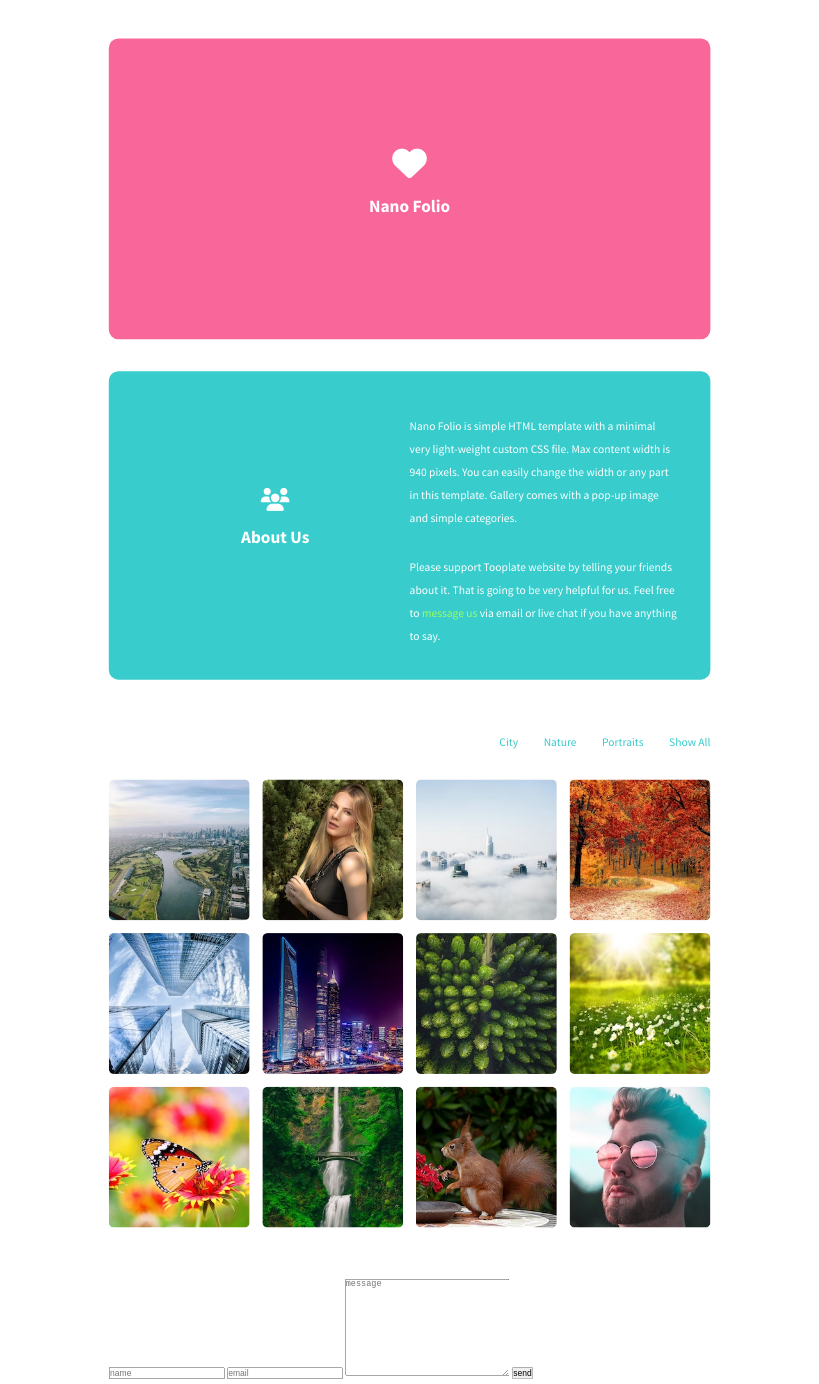
Repository: BuiVanVu102/Tooplate
Page: index.html
These files come from the project's save history. The page is drawn as it stood at one moment and after the next save; the edit follows.
The browser window is 1280 px wide. The pictures show the whole page, at 64% of full size.
Some web libraries are served in a nearby version. The style sheet was rebuilt from its Sass, Less or Tailwind sources for each picture, by a compiler version that may differ from the author's.

Above is the page before, as saved 2021-11-16 11:34:59.

### index.html
<!DOCTYPE html>
<html lang="en">
<head>
	<meta charset="UTF-8">
	<meta http-equiv="X-UA-Compatible" content="IE=edge">
	<meta name="viewport" content="width=device-width, initial-scale=1.0">
	<link rel="preconnect" href="https://fonts.googleapis.com">
	<link rel="preconnect" href="https://fonts.gstatic.com" crossorigin>
	<link href="https://fonts.googleapis.com/css2?family=Source+Sans+Pro:wght@400;700&display=swap" rel="stylesheet">
	<link rel="stylesheet" href="./css/app.css">
	<title>Nano Folio - Live View</title>
</head>
<body>
		<div class="wrapper">
			<main>
				<section class="first">
					<div class="container">
						<div class="first__container">
							<i class="fas fa-heart fa-3x"></i>
							<h1 class="first__name">Nano Folio</h1>
						</div>
					</div>
				</section>
				<section class="about">
					<div class="container">
						<div class="about__container">
							<div class="about__heading">
								<i class="fas fa-users fa-2x"></i>
								<h2 class="about__name">
									About Us
								</h2>
							</div>
							<div class="about__desc">
								<p class="about__typography1">
									Nano Folio is simple HTML template with a minimal very light-weight custom CSS file. Max content width is 940 pixels. You can easily change the width or any part in this template. Gallery comes with a pop-up image and simple categories.
								</p>
								<p class="about__typography2">
									Please support Tooplate website by telling your friends about it. That is going to be very helpful for us. Feel free to <a rel="nofollow" href="https://www.tooplate.com/contact" target="_blank" style="color: #99FF66;">message us</a>  via email or live chat if you have anything to say.
								</p>
							</div>
						</div>
					</div>
				</section>
				<section class="show">
					<div class="container">
						<div class="show__container">
							<div class="show__header">
								<ul class="menu">
									<li class="menu__item"><a href="#!">City</a></li>
									<li class="menu__item"><a href="#!">Nature</a></li>
									<li class="menu__item"><a href="#!">Portraits</a></li>
									<li class="menu__item"><a href="#!">Show All</a></li>
								</ul>
							</div>
							<div class="show__list">
								<div class="show__img">
									<img src="./images/city-1.jpg" alt="">
								</div>
								<div class="show__img">
									<img src="./images/human-1.jpg" alt="">
								</div>
								<div class="show__img">
									<img src="./images/city-2.jpg" alt="">
								</div>
								<div class="show__img">
									<img src="./images/nature-1.jpg" alt="">
								</div>
								<div class="show__img">
									<img src="./images/city-3.jpg" alt="">
								</div>
								<div class="show__img">
									<img src="./images/city-4.jpg" alt="">
								</div>
								<div class="show__img">
									<img src="./images/nature-2.jpg" alt="">
								</div>
								<div class="show__img">
									<img src="./images/nature-3.jpg" alt="">
								</div>
								<div class="show__img">
									<img src="./images/nature-4.jpg" alt="">
								</div>
								<div class="show__img">
									<img src="./images/nature-5.jpg" alt="">
								</div>
								<div class="show__img">
									<img src="./images/nature-6.jpg" alt="">
								</div>
								<div class="show__img">
									<img src="./images/human-2.jpg" alt="">
								</div>

							</div>
						</div>
					</div>
				</section>
				<section class="form">
					<div class="container">
						<div class="form__container">
							<div class="form__submit">
								<input type="text" name="" id="" placeholder="name">
								<input type="email" name="" id="" placeholder="email">
								<textarea name="" id="" cols="30" rows="10" placeholder="message"></textarea>
								<button type="submit">send</button>
							</div>
						</div>
					</div>
				</section>
			</main>
		</div>
		<script src="https://kit.fontawesome.com/33b4a28a88.js" crossorigin="anonymous"></script>
</body>
</html>

### sass/app.scss
@import 'variable';
@import 'reset';
@import 'global';
@import 'first';
@import 'about';
@import 'show';

### sass/_variable.scss
$font: 'Source Sans Pro', sans-serif;
$text-color: #ffff;
$title-color: #38cccc;

### sass/_reset.scss
html {
	box-sizing: border-box;
  }
  * {
	margin: 0;
	padding: 0;
  }
  *,
  *:before,
  *:after {
	box-sizing: border-box;
  }
  input,
  textarea,
  select,
  button {
	outline: none;
  }
  input {
	line-height: normal;
  }
  label,
  button {
	cursor: pointer;
  }
  a {
	text-decoration: none;
  }
  img {
	display: block;
	max-width: 100%;
  }

### sass/_global.scss
body {
	line-height: 2em;
	color: $font;
	font-size: 18px;
	font-family: $font;
	font-weight: 400;
	background-color: white;
	overflow-x: hidden;
}

.wrapper {
	max-width: 100%;
	margin: 0 auto;
}
.container {
	width: 100%;
	max-width: 970px;
	margin: 0 auto;
	padding: 0px 15px;
}

### sass/_first.scss
.first {
	margin-top: 60px;
	&__container{
		display: flex;
		flex-direction: column;
		justify-content: center;
		align-items: center;
		border-radius: 15px;
		max-width: 940px;
		height: 470px;
		background-color: #f96699;
		color: white;
		margin-bottom: 50px;

	}
	&__name {
		margin: 22px 0;
	}
}
.fa-hear:before {
	content: "\f004";
}

### sass/_about.scss
.about {
	margin-top: 0px;
	&__container {
		display: flex;
		justify-content: center;
		align-items: center;

		padding: 50px 50px;
		margin-bottom: 80px;

		height: 482px;
		max-width: 940px;
		background-color: #38cccc;
		color: white;

		border-radius: 15px;
	}
	&__heading {
		display: flex;
		flex-direction: column;
		align-items: center;
		justify-content: center;

		min-width: 420px;
	}
	&__name {
		margin:  22px 0;
		font-size: 1.5em;
		font-weight: bold;
	}
	&__decs {
		display: flex;
		flex-direction: column;
		justify-content: center;
		align-items: center;
	}
	&__typography1 {
		display: block;
		margin: 18px 0 40px;
		font: 18px;
	}
	&__typography2 {
		display: block;
		margin: 18px 0 0;
		font: 18px;
	}
}
.fa-user:before {
	content: "\f0c0";
}

### sass/_show.scss
.show {
	margin-bottom: 80px;
	&__container {
		display: block;
	}
	&__header {
		display: flex;
		justify-content: flex-end;
		align-items: center;
		margin-bottom: 40px;
		color: #38CCCC;
	}
	&__list {
		display: grid;
		grid-template-columns: repeat(4, 1fr);
		gap: 20px;

		position: relative;
	}
	&__img img{
		width: 220px;
		height: 220px;
		border-radius: 0.5rem;
	}

}

.menu {
	list-style: none;
	display: flex;
	align-items: center;
	gap: 0 40px;


	&__item a {
		color: inherit;
		font-size: 18px;
	}
	&__item a:focus{
		color: #f96699;
	}
}

After the next save:
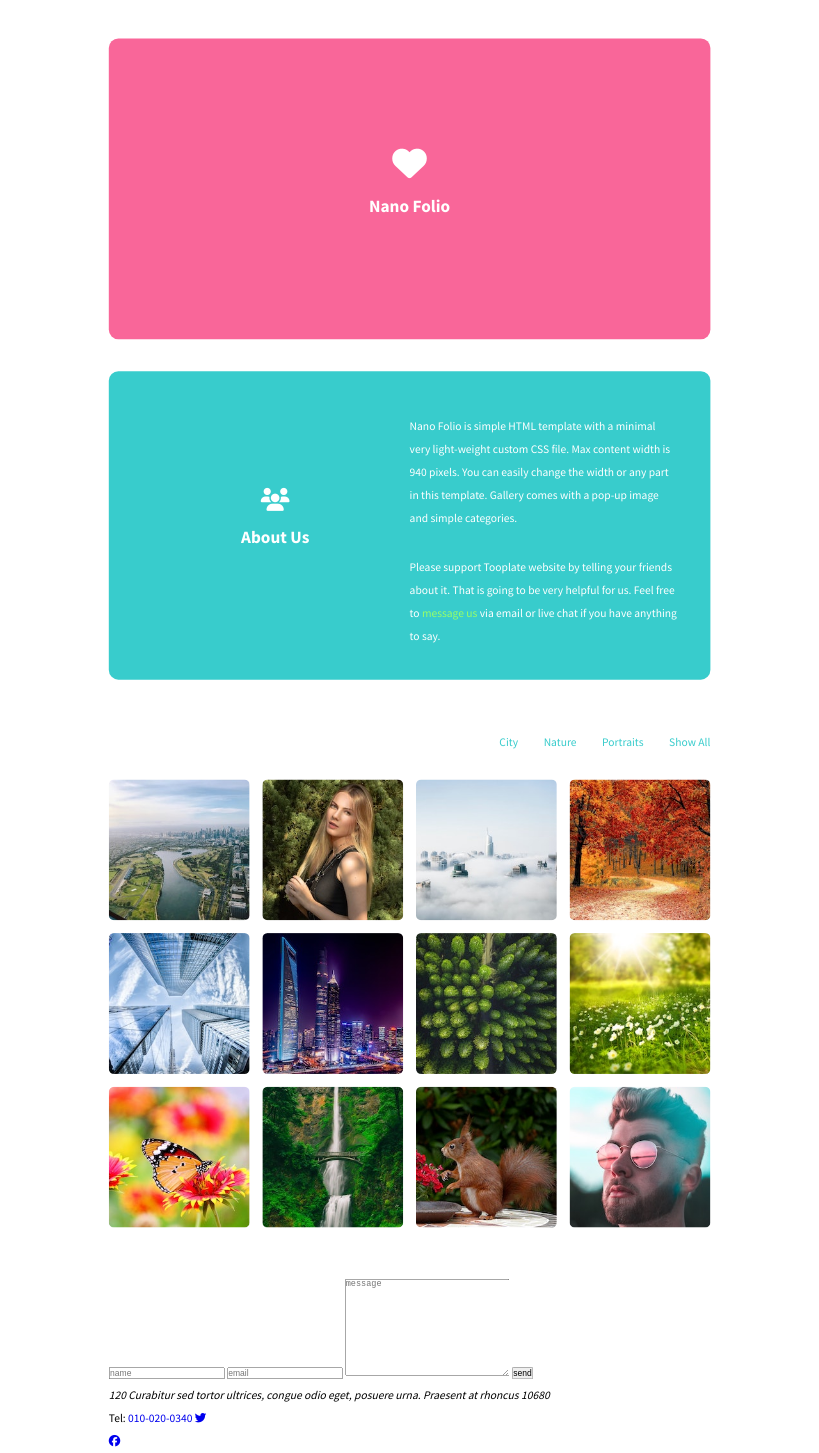
Saved 6 min 58 s later.
--- a/index.html
+++ b/index.html
@@ -103,6 +103,17 @@
 								<textarea name="" id="" cols="30" rows="10" placeholder="message"></textarea>
 								<button type="submit">send</button>
 							</div>
+							<div class="form__info">
+								<address class="form__adress">120 Curabitur sed tortor ultrices, congue odio eget, posuere urna. Praesent at rhoncus 10680</address>
+								<div class="form__phone">
+									Tel: <a href="tel:0100200340">010-020-0340</a>
+									<a href="https://twitter.com"><i class="fab fa-twitter"></i></a>
+								</div>
+							</div>
+							<div class="form__network">
+								<a href="https://facebook.com"><i class="fab fa-facebook"></i></a>
+
+							</div>
 						</div>
 					</div>
 				</section>
